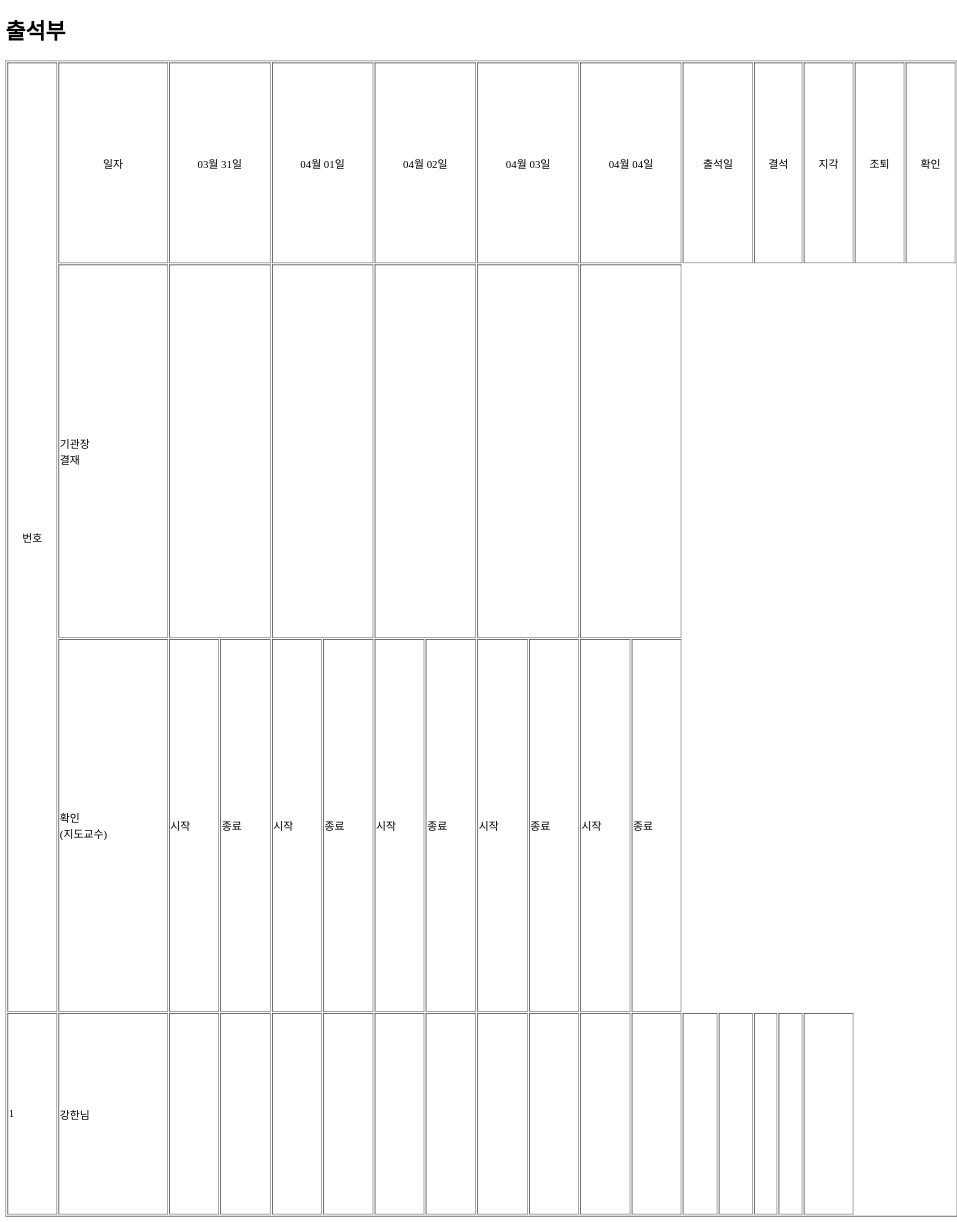
Repository: zzzzzzin/Client
Page: ClientTest/src/main/webapp/문제/Q11.html
These files come from the project's save history. The page is drawn as it stood at one moment and after the next save; the edit follows.
The browser window is 1280 px wide. The page is 1408 px wide, then 1280 px, so the pictures cover 1408 px, including what lies to the right of the window. The pictures show the whole page, at 68% of full size.

Above is the page before, as saved 2024-03-13 08:43:51.

### ClientTest/src/main/webapp/문제/Q11.html
<!DOCTYPE html>
<html>
<head>
<meta charset="EUC-KR">
<title>Insert title here</title>
</head>
<body>
<h1>출석부</h1>
	<table border="1" width="1400" height="1700">
		<tr align="center">
			<td rowspan="3">번호</td>
			<td>일자</td>
			<td colspan="2">03월 31일</td>
			<td colspan="2">04월 01일</td>
			<td colspan="2">04월 02일</td>
			<td colspan="2">04월 03일</td>
			<td colspan="2">04월 04일</td>
			<td colspan="2">출석일</td>
			<td colspan="2">결석</td>
			<td colspan="2">지각</td>
			<td colspan="2">조퇴</td>
			<td colspan="2">확인</td>
		</tr>
		<tr>
			<td>기관장<br>결재</td>
			<td colspan="2"></td>
			<td colspan="2"></td>
			<td colspan="2"></td>
			<td colspan="2"></td>
			<td colspan="2"></td>
		</tr>
		<tr>
			<td>확인<br>(지도교수)</td>
			<td>시작</td>
			<td>종료</td>
			<td>시작</td>
			<td>종료</td>
			<td>시작</td>
			<td>종료</td>
			<td>시작</td>
			<td>종료</td>
			<td>시작</td>
			<td>종료</td>
		</tr>
		<tr>
			<td>1</td>
			<td>강한님</td>
			<td></td>
			<td></td>
			<td></td>
			<td></td>
			<td></td>
			<td></td>
			<td></td>
			<td></td>
			<td></td>
			<td></td>
			<td></td>
			<td></td>
			<td></td>
			<td></td>
			<td></td>
		</tr>
	</table>
</body>
</html>

After the next save:
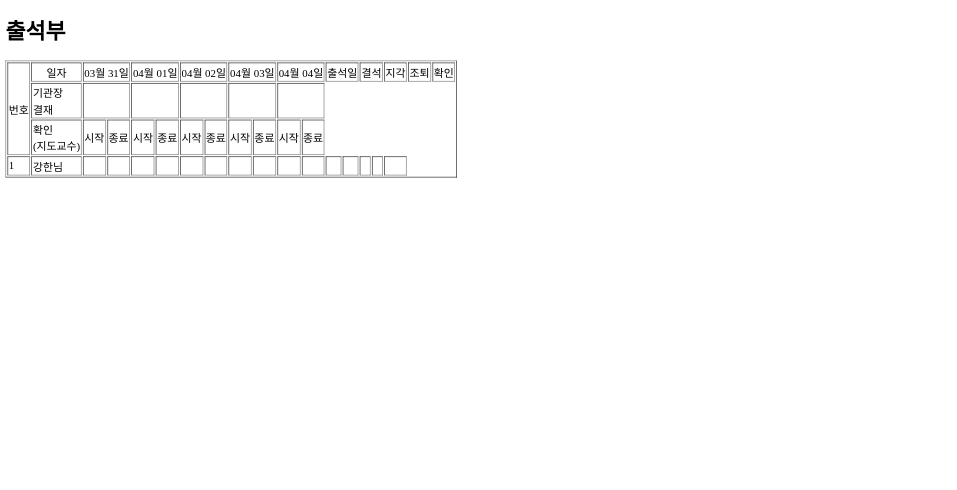
Saved 13 s later.
--- a/ClientTest/src/main/webapp/문제/Q11.html
+++ b/ClientTest/src/main/webapp/문제/Q11.html
@@ -6,7 +6,7 @@
 </head>
 <body>
 <h1>출석부</h1>
-	<table border="1" width="1400" height="1700">
+	<table border="1" >
 		<tr align="center">
 			<td rowspan="3">번호</td>
 			<td>일자</td>
